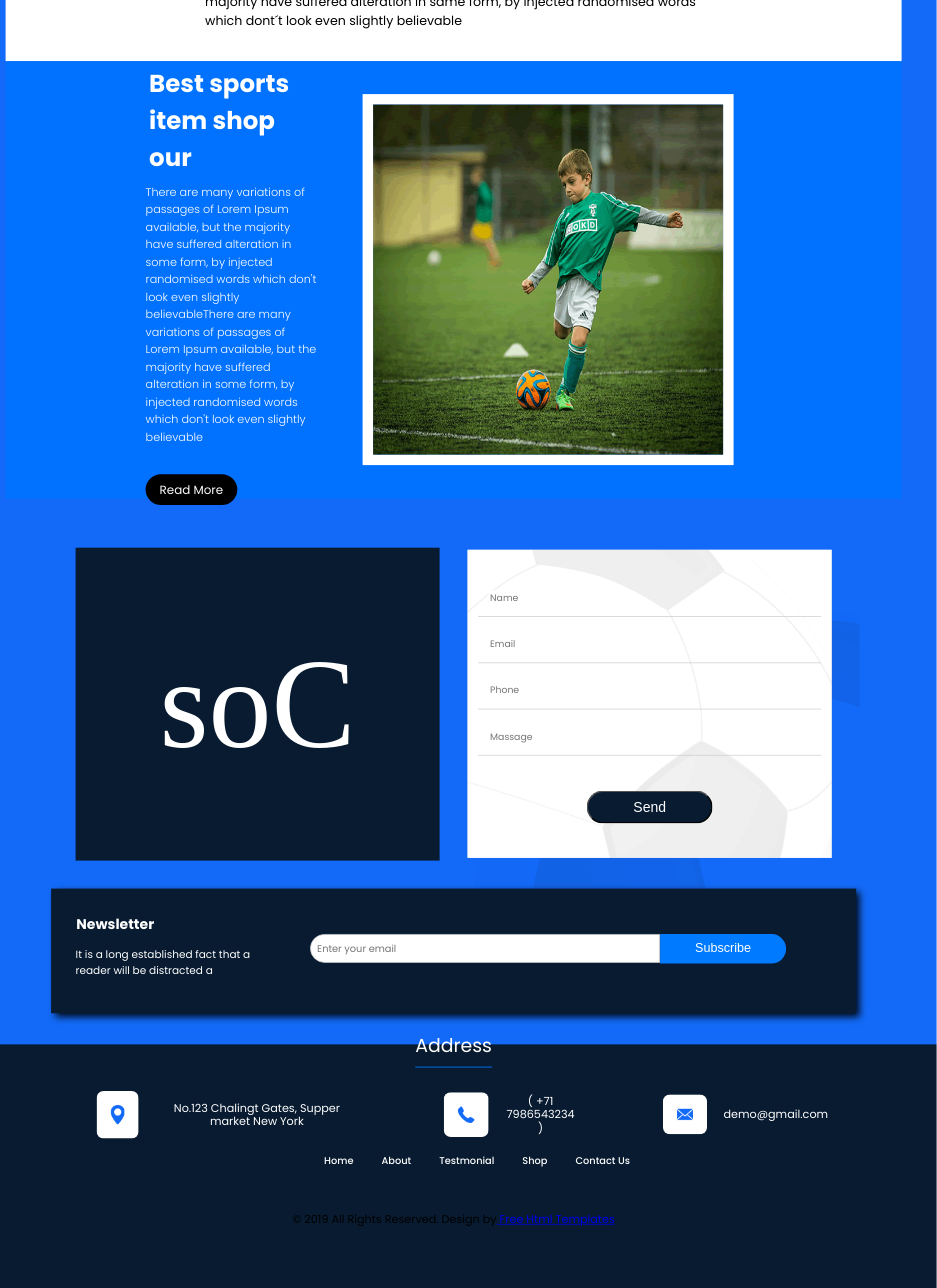
Repository: Vinicius9922/Projeto-Web
Page: index.html
An editor plug-in stored every save of this project. The page is shown before and after the next save, followed by the edit.
The browser window is 1280 px wide. The page is 1338 px wide, so the pictures cover 1338 px, including what lies to the right of the window. The pictures show the part of the page from y = 2039 to 3879 px (the page is 3879 px tall), at 70% of full size.

Above is the page before, as saved 2024-12-13 20:04:14.

### index.html
<!DOCTYPE html>
<html>

<head>
    <meta charset="UTF-8">
    <meta name="viewport" content="width=device-width, initial-scale=1.0">
    <link rel="stylesheet" href="index.css">
    <link rel="preconnect" href="https://fonts.googleapis.com">
    <link rel="preconnect" href="https://fonts.gstatic.com" crossorigin>
    <link
        href="https://fonts.googleapis.com/css2?family=Lora:ital,wght@0,400..700;1,400..700&family=Poppins:ital,wght@0,100;0,200;0,300;0,400;0,500;0,600;0,700;0,800;0,900;1,100;1,200;1,300;1,400;1,500;1,600;1,700;1,800;1,900&display=swap"
        rel="stylesheet">
    <title>Index</title>
</head>

<body class="main-layout">
    <header>
        <div class="header">
            <div class="container">
                <div class="logo"><img src="img/logo.png" alt="logo"></div>
                <div class="navBar">
                    <nav>
                        <ul class="menuNav">
                            <li>HOME</li>
                            <li>ABOUT</li>
                            <li>TESTMONIAL</li>
                            <li>SHOP</li>
                            <li>CONTACT US</li>
                            <li><img id="lupa" src="img/search_icon.png"></li>
                        </ul>
                    </nav>
                </div>
            </div>
        </div>
    </header>
    <section>
        <div class="container">
            <div class="carroussel">
                <div class="textCarroussel">
                    <h1>Welcome to <strong class="color">Our Shop</strong></h1>
                    <p>There are many variations of passages of Lorem Ipsum available, but the majority have
                        suffered
                        alteration in some form, by injected humour</p>
                    <button class="botao-carrossel">Buy Now</button>
                    <button class="botao-carrossel">About</button>
                </div>
            </div>
            <div class="img-carroussel">
                <div>
                    <figure><img id="img-carroussel" src="img/boksing-gloves.png" alt="img" /></figure>
                </div>
            </div>
        </div>
    </section>

    <!-- aaaaaaaaaaaaaaa -->

    <div class="parte branca">
        <h1>Our <span>Products</span></h1>
        <p>There are many variations of passages of Lorem ipsum available, but the majority have suffered alteration in
            some form, by injected randomised words wich don't look even slightly believable</p>
    </div>

    <div class="container3">

        <div class="imagem1">
            <img src="img/basketball.png" alt="bola">
            <p>$<span class="valor">50</span></p>
            <p class="p1">Basket ball</p>
        </div>
        <div class="imagem2">
            <img src="img/t-shirt.png" alt="camiseta">
            <p>$<span class="valor">50</span></p>
            <p class="p1">T-shirt</p>
        </div>
        <div class="imagem3">
            <img src="img/game.png" alt="game">
            <p>$<span class="valor">50</span></p>
            <p class="p1">Game</p>
        </div>
        <div class="imagem4">
            <img src="img/basketball.png" alt="bola">
            <p>$<span class="valor">50</span></p>
            <p class="p1">Basket ball</p>
        </div>
        <div class="imagem5">
            <img src="img/t-shirt.png" alt="camiseta">
            <p>$<span class="valor">50</span></p>
            <p class="p1">T-shirt</p>
        </div>
        <div class="imagem6">
            <img src="img/game.png" alt="game">
            <p>$<span class="valor">50</span></p>
            <p class="p1">game</p>
        </div>

    </div>
    <div class="branca2">
        <h1> About <span>Us</span></h1>
        <p>There are many variations of passages of Lorem ipsum available, but the majority have suffered alteration in
            same form, by injected randomised words which dont´t look even slightly believable</p>
    </div>

    <div class="shield">
        <div class="texto-shield">
            <h1 class="textobranco">Best sports item shop our</h1>
            <p class="p2">There are many variations of passages of Lorem Ipsum available, but the majority have suffered
                alteration in some form, by injected randomised words which don't look even slightly believableThere are
                many variations of passages of Lorem Ipsum available, but the majority have suffered alteration in some
                form, by injected randomised words which don't look even slightly believable</p>

            <div class="btn_main">
                <a class="botao" href="#" role="button">Read More</a>
            </div>
        </div>
        <div class="child">
            <figure><img src="img/child-image.png">
            </figure>
        </div>
    </div>

    <!-- aaaaaaaaaaaaaaaaaaaa -->

    <div class="container2">
        <div class="formulario">
            <div class="box-left">
                <div class="soc">soC</div>
            </div>
            <div class="box-right">
                <form>
                    <div class="grupo-form">
                        <input type="text" class="form" placeholder="Name" name="Name">
                    </div>
                    <div class="grupo-form">
                        <input type="email" class="form" placeholder="Email" name="Email">
                    </div>
                    <div class="grupo-form">
                        <input type="text" class="form" placeholder="Phone" name="Phone">
                    </div>
                    <div class="grupo-form">
                        <input type="text" class="form" placeholder="Massage" name="mensagem">
                    </div>
                    <div class="send-button">
                        <button type="submit" class="botao-env">Send</button>
                    </div>
                </form>
            </div>
        </div>
        <div class="box-down">
            <div class="text-news">
                <h2 class="Newsletter">Newsletter</h2>
                <p class="text-newsletter">It is a long established fact that a reader will be distracted a</p>
            </div>
            <div class="email-news">
                <input type="email" class="news-email" placeholder="Enter your email" name="Email">
            </div>
            <div class="Subscribe">
                <button class="subs-button" type="Subscribe">Subscribe</button>
            </div>
        </div>



        <div class="footer">
            <div>
                <div>
                    <div>
                        <div class="titulo">
                            <h2 class="titulo_texto">Address</h2>
                        </div>
                    </div>
                </div>
            </div>
            <div class="endereco">
                <div>
                    <div class="icones">
                        <div class="site_info">
                            <div class="img-icon">
                                <span class="info_icon"><img src="img/map-icon.png" /></span>
                            </div>
                            <span>No.123 Chalingt Gates, Supper market New York</span>
                        </div>
                    </div>
                    <div class="icones">
                        <div class="site_info">
                            <div class="img-icon">
                                <span class="info_icon"><img src="img/phone-icon.png" /></span>
                            </div>
                            <span>( +71 7986543234 )</span>
                        </div>
                    </div>
                    <div class="icones">
                        <div class="site_info">
                            <div class="img-icon">
                                <span class="info_icon"><img src="img/email-icon.png" /></span>
                            </div>
                            <span>demo@gmail.com</span>
                        </div>
                    </div>
                </div>
            </div>

            <div class="menu_main">
                <div class="menu_text">
                    <ul>
                        <li>Home</li>
                        <li>About</li>
                        <li>Testmonial</li>
                        <li>Shop</li>
                        <li>Contact Us</li>
                    </ul>
                </div>
            </div>
        </div>
        <div class="last-info">
            <div class="container">
                <p>© 2019 All Rights Reserved. Design by<a href="https://html.design/"> Free Html Templates</a></p>
            </div>
        </div>
    </div>

</body>

</html>

### index.css
@import url('https://fonts.googleapis.com/css2?family=Lora:ital,wght@0,400..700;1,400..700&family=Poppins:ital,wght@0,100;0,200;0,300;0,400;0,500;0,600;0,700;0,800;0,900;1,100;1,200;1,300;1,400;1,500;1,600;1,700;1,800;1,900&display=swap');

body {
    width: 100%;
    font-family: Poppins, normal;
    background-color: #136af8;
    background: linear-gradient(to bottom, #136af8 91%, #081b30 9%);
}

header {
    background-color: #136af8;
    padding: 0px;
}

.container {
    display: flex;
    align-items: center;
    justify-content: space-between;
    margin: 40px 200px;
}

li:hover {
    text-decoration: underline;
    cursor: pointer;
    font-weight: bolder;
}

ul {
    color: white;
    list-style-type: none;
    display: flex;
    margin: 0;
    padding: 0;
    gap: 40px;
    font-weight: 500;
}

#lupa {
    margin-left: 20px;
}

.logo {
    margin-left: 60px;
}

section {
    background-color: #136af8;
    display: flex;
}

.textCarroussel {
    text-align: left;
    margin-left: 60px;
    padding-left: 15px;
}

.textCarroussel p,
strong {
    color: white;
}

.color {
    font-weight: bolder;
}

.textCarroussel h1 {
    font-family: Poppins;
    font-weight: bold;
    font-size: 65px;
    line-height: 74px;
    color: #081b30;
}

.textCarroussel p {
    font-size: 16px;
}

button {
    min-width: 180px;
    color: white;
    background-color: #081b30;
    padding: 10px 50px;
    border-radius: 30px;
    display: inline-block;
    font-size: 20px;
    margin-top: 40px;
    cursor: pointer;
}

button:hover {
    background-color: #032b58;
}

button+button {
    margin-left: 15px;
}

#img-carroussel {
    max-width: 110%;
    height: auto;
    display: block;
}


.parte.branca {
    background-color: white;
    text-align: center;
    padding: 40px 280px;
}

.parte.branca h1 {
    font-size: 50px;
    color: black;
    text-align: left;
    font-weight: 800;
    margin: 5px;
}

.parte.branca h1 span {
    color: #0072ff;

}

.parte.branca p {
    font-size: 18px;
    margin-top: 10px;
    text-align: left;
    font-weight: 400;
    margin: 5px;
}

/* Grade de produtos */
.container3 {
    display: grid;
    grid-template-columns: repeat(3, 1fr);
    gap: 20px;
    column-gap: 30px;
    padding-left: 250px;
    padding-right: 250px;
    padding-top: 40px;
    padding-bottom: 40px;
    background-color: #001f3f;
}


.container3 div {
    text-align: center;
    background-color: white;
    padding: 20px;
    box-shadow: 0 5px 10px rgba(0, 0, 0, 0.1);
}

.container3 img {
    width: 300px;
    height: 300px;
    margin-bottom: 10px;
}

.container3 div .valor {
    margin: 5px 0;
    font-size: 26px;
    color: #0072ff
}

.container3 div p {
    font-size: 26px;
    color: black;
    margin: 3px;
}

/* Sessão "About Us" */
.branca2 {
    background-color: white;
    text-align: left;
    padding: 40px 280px;
}

.branca2 h1 {
    font-size: 50px;
    color: black;
    text-align: left;
    font-weight: 800;
    margin: 5px;
}

.branca2 h1 span {
    color: #0072ff;
}

.branca2 p {
    font-size: 18px;
    margin-top: 10px;
    text-align: left;
    font-weight: 400;
    margin: 5px;
}

/* Sessão "Best sports item shop our" */
.shield {
    display: flex;
    justify-content: space-between;
    align-items: center;
    background-color: #0072ff;
    color: white;
    padding-left: 200px;
    padding-right: 200px;
    gap: 20px;
}

.texto-shield {
    text-align: left;
}

.shield h1 {
    font-size: 35px;
    color: rgb(255, 255, 255);
    text-align: left;
    font-weight: 700;
    margin: 5px;
}

.shield .p2 {
    font-size: 16px;
    margin-top: 10px;
    text-align: left;
    font-weight: 300;
    margin-bottom: 50px;
}

.btn_main .botao {
    text-decoration: none;
    background-color: black;
    color: white;
    padding: 10px 20px;
    border-radius: 30px;
    font-size: 17px;
    transition: 0.5s ease, color 0.4s ease 0.1s;
}

.botao:hover {
    background-color: #fbfbfb;
    color: black;
}

.child {
    margin: 0px;
}

.child img {
    height: 500px;
    width: 500px;
    display: flex;
    border: 15px solid #fff;
}

.container2 {
    display: flex;
    align-items: center;
    justify-content: space-between;
    margin: 30px 100px;
    flex-direction: column;
}

.formulario {
    flex: auto;
    display: flex;
    justify-content: space-between;
    align-items: center;
    border-radius: 10px;
    padding: 40px;
    justify-content: center;
    gap: 40px;
    background-image: url('img/contact-banner.png');
}

.grupo-form {
    width: 100%;
    padding: 15px;
    margin-bottom: 10px;
    border-bottom: 1px solid #ccc;
}

form {
    display: flex;
    flex-direction: column;
    align-items: center;
    width: 460px;
    height: 360px;
}

.form {
    border: none;
    width: 100px;
    margin: 0px;
}

.box-left {
    background-color: #081b30;
    color: white;
    text-align: center;
    font-family: apple;
    font-size: 180px;
    padding: 10% 10%;
    padding: 120px;
}

.box-right {
    height: auto;
    background-color: #f2f2f2;
    background-image: url('img/boll_bg.png');
    padding: 40px 30px;
}

.box-left,
.box-right {
    width: 50%;
}

input {
    border: none;
    outline: none;
    width: 100%;
}

input,
textarea {
    font-family: Poppins, normal;
    color: #a4a0a0;
    width: 100%;
}

.box-down {
    display: flex;
    align-items: row;
    background-color: #081b30;
    color: white;
    width: 1150px;
    box-shadow: 5px 5px 10px 0 rgba(0, 0, 0, 0.9);
}

.text-news {
    display: flex;
    flex-direction: column;
    max-width: 300px;
    padding-left: 35px;
    font-size: 12px;
    padding: 35px;
}

.Newsletter {
    margin: 1px;
    font-size: 20px;
}

.text-newsletter {
    font-size: 15px;
}

.email-news {
    display: flex;
    align-items: center;
    height: 172px;
}

.Subscribe {
    display: flex;
    align-items: center;
    height: 132px;
}

.news-email {
    padding: 9px;
    font-size: 14px;
    border: 1px solid #ccc;
    border-radius: 25px 0 0 25px;
    width: 500px;
    height: 41px;
    box-sizing: border-box;
}

.subs-button {
    font-size: 18px;
    color: white;
    background-color: #007BFF;
    border: none;
    border-radius: 0 25px 25px 0;
    cursor: pointer;
    height: 42px;

}

.subs-button:hover {
    background-color: #0056b3;
}


.footer{
    font-size: 18px;
    margin-top: 10px;
    text-align: center;
    font-weight: 400;
    margin: 5px;
}

.titulo_texto{
    color:white;
    text-decoration-line: underline;
    text-decoration-color: #0056b3;
    text-underline-offset: 20px;
    font-weight:400;
}

.endereco > div {
    display: flex;
    gap: 100px;
    align-items: center;
}

.icones {
    display: flex;
    align-items: center;
    gap: 10px;
    color:white;
}

.info_icon img {
    width: auto;
    height: auto;
    background-color:white;
    border-radius: 10px;
    padding: 20px;
    display: block;
}

.site_info {
    display: flex;
    align-items: center;
}

.site_info span {
    line-height: 1.2;
    font-size: 16px;

}
.img-icon {
    display: flex;
    align-items: center;
    justify-content: center;
    width: 50px;
    height: 50px;
    background-color: white;
    border-radius: 10px;
    margin:30px;
}

.menu_text ul{
    font-size: 14px;
    text-align: center;
    padding:0px 00px 0px 350px;
    align-items:center;
}

.menu_text li:hover{
    color:#0072ff;
    cursor: pointer;
    text-decoration:none;
}

After the next save:
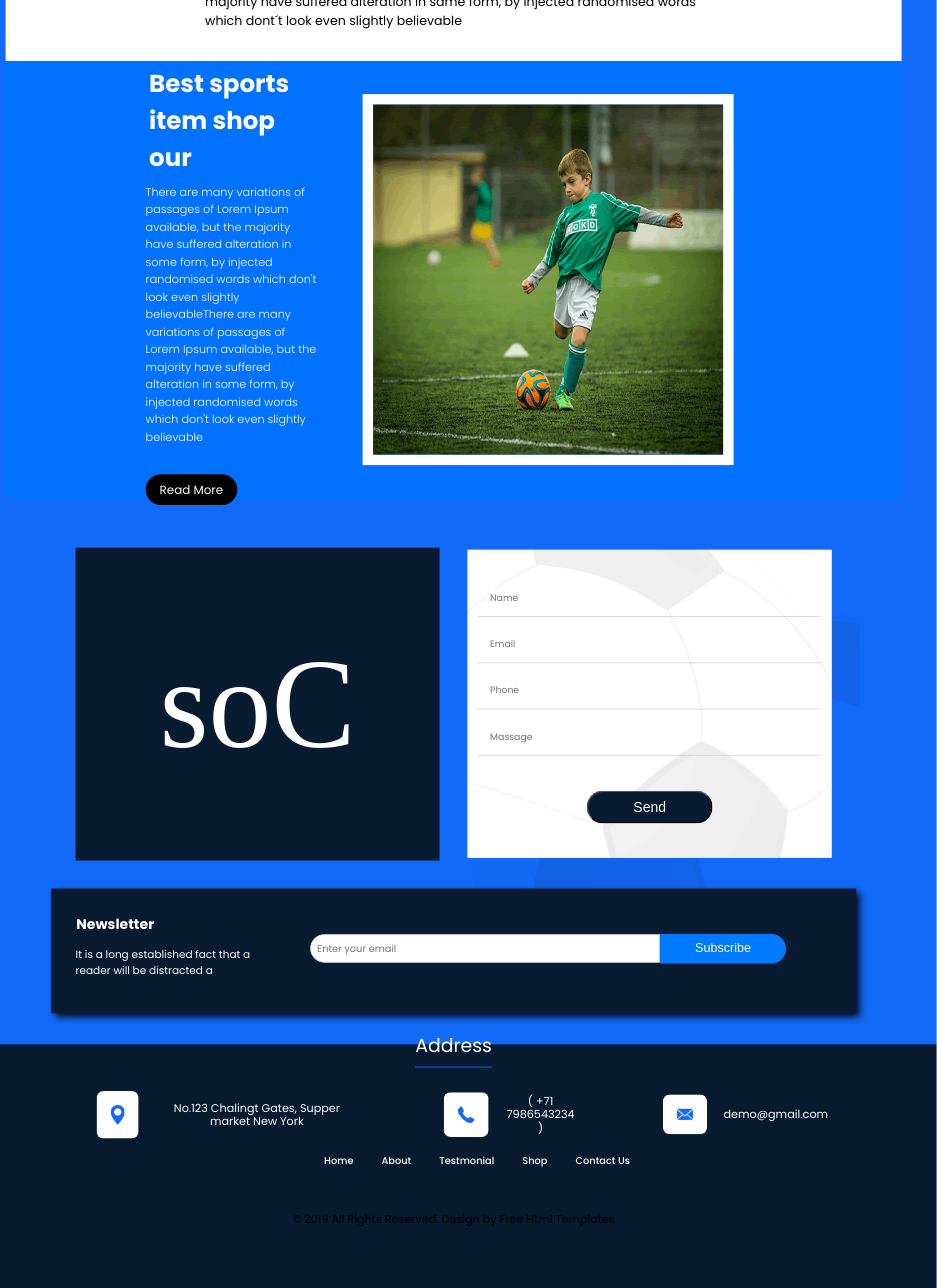
Saved 4 s later.
--- a/index.html
+++ b/index.html
@@ -214,7 +214,7 @@
         </div>
         <div class="last-info">
             <div class="container">
-                <p>© 2019 All Rights Reserved. Design by<a href="https://html.design/"> Free Html Templates</a></p>
+                <p>© 2019 All Rights Reserved. Design by Free Html Templates</a></p>
             </div>
         </div>
     </div>
